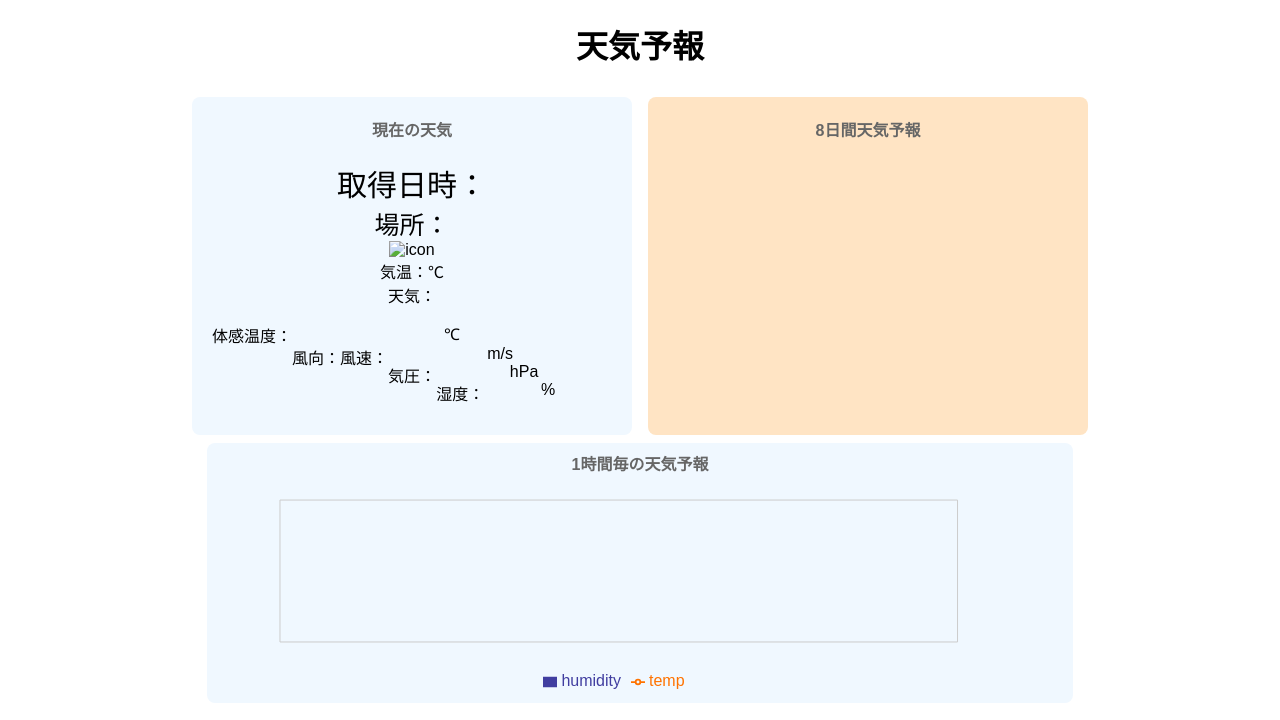
Repository: IshigureTomoki/weather-app
Page: /
An editor plug-in stored every save of this project. The page is shown before and after a run of saves, followed by the edit.
The browser window is 1280 px wide. The pictures show the whole page.
The page's requests for data from a server got no answer. The project was rebuilt for these pictures with package versions that can differ from the ones it lists, and the page was loaded fresh each time. No one was signed in, and anything a server would have sent is missing.

Above is the page before, as saved 2022-02-25 14:54:26.

After the next 2 saves:
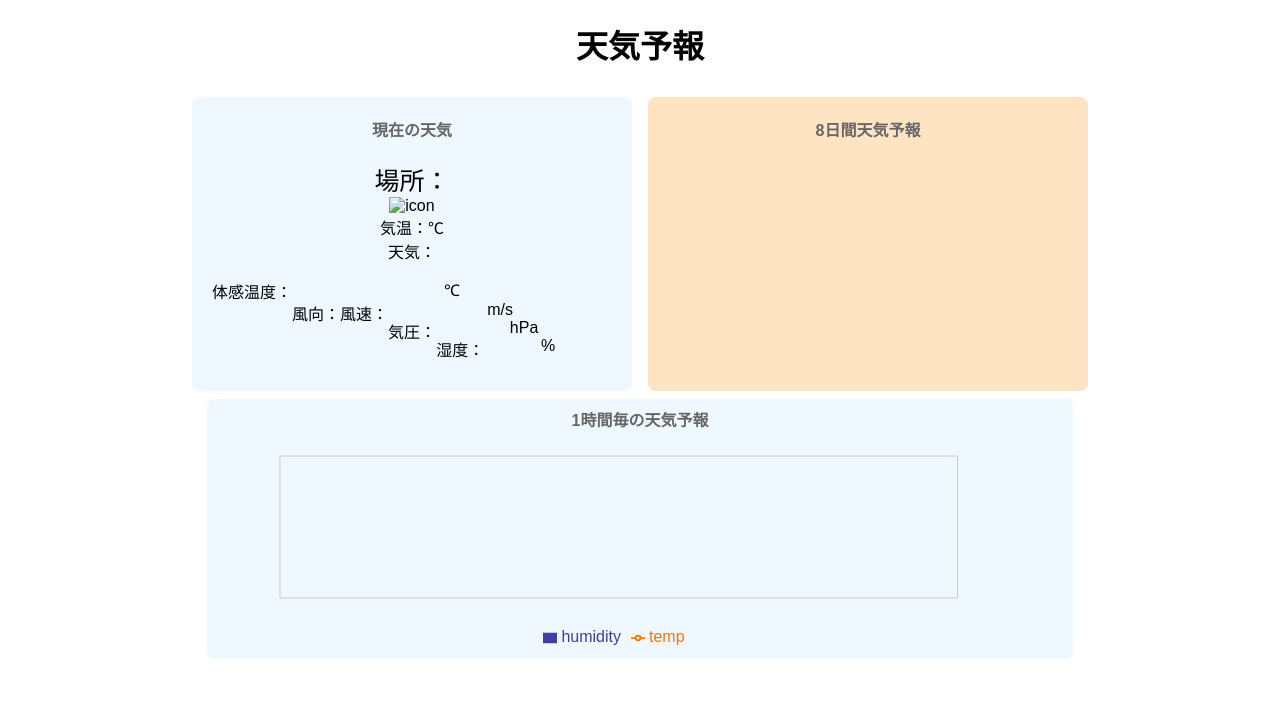
The 2 saves are shown as one change because they came seconds apart.
The last was saved 16 s later.
--- a/src/App.tsx
+++ b/src/App.tsx
@@ -153,7 +153,7 @@ function App() {
         <div className="upper">
           <div className="now-area">
             <div className="title">現在の天気</div>
-            <div className="nowtime">取得日時：{weatherReport?.time}</div>
+            <div className="nowtime">{weatherReport?.time}</div>
             <div className="nowplace">場所：{weatherReport?.timezone}</div>
             <div>
               <img src={weatherReport?.weatherIcon} alt="icon"
